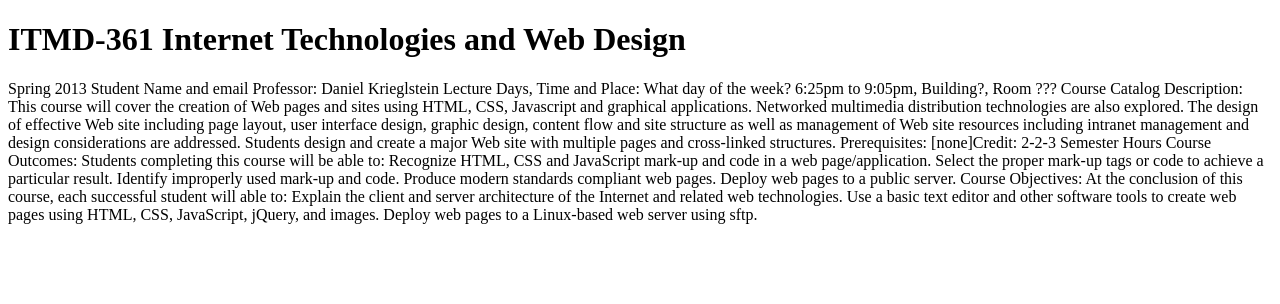
Repository: rishondass/ITMD361-Lab2
Page: lab2raw_text.html
An editor plug-in stored every save of this project. The page is shown before and after a run of saves, followed by the edit.
The browser window is 1280 px wide. The pictures show the whole page.

Above is the page before, as saved 2023-01-13 14:04:46.

### lab2raw_text.html
<!DOCTYPE html>
<html lang="en">
<head>
    <meta charset="UTF-8">
    <meta http-equiv="X-UA-Compatible" content="IE=edge">
    <meta name="viewport" content="width=device-width, initial-scale=1.0">
    <title>ITMD-361 Internet Technologies and Web Design</title>
</head>
<body>
    <h1>
        ITMD-361 Internet Technologies and Web Design
    </h1>
    <h3>

    </h3>
</body>
</html>


Spring 2013
Student Name and email
Professor:
Daniel Krieglstein
Lecture Days, Time and Place:
What day of the week? 6:25pm to 9:05pm, Building?, Room ???
Course Catalog Description:
This course will cover the creation of Web pages and sites using HTML, CSS, Javascript and graphical applications. Networked multimedia distribution technologies are also explored. The design of effective Web site including page layout, user interface design, graphic design, content flow and site structure as well as management of Web site resources including intranet management and design considerations are addressed. Students design and create a major Web site with multiple pages and cross-linked structures. Prerequisites: [none]Credit: 2-2-3 Semester Hours
Course Outcomes:
Students completing this course will be able to:
Recognize HTML, CSS and JavaScript mark-up and code in a web page/application.
Select the proper mark-up tags or code to achieve a particular result.
Identify improperly used mark-up and code.
Produce modern standards compliant web pages.
Deploy web pages to a public server.
Course Objectives:
At the conclusion of this course, each successful student will able to:
Explain the client and server architecture of the Internet and related web technologies.
Use a basic text editor and other software tools to create web pages using HTML, CSS, JavaScript, jQuery, and images.
Deploy web pages to a Linux-based web server using sftp.</li>

After the next 2 saves:
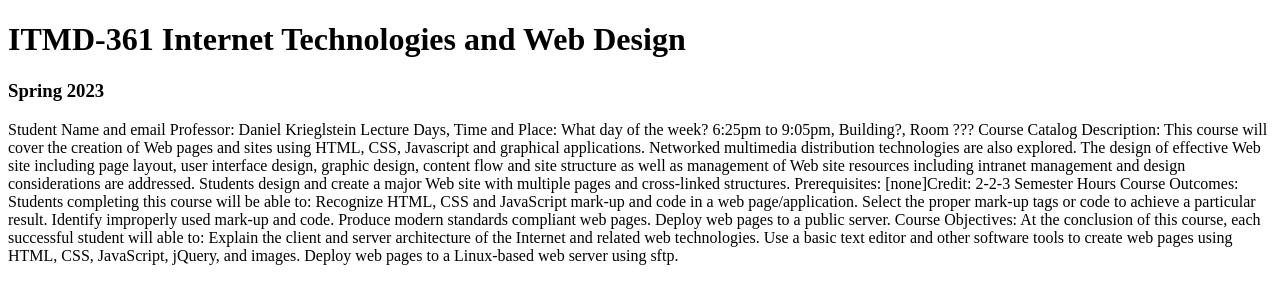
The 2 saves are shown as one change because they came seconds apart.
The last was saved 6 s later.
--- a/lab2raw_text.html
+++ b/lab2raw_text.html
@@ -11,13 +11,13 @@
         ITMD-361 Internet Technologies and Web Design
     </h1>
     <h3>
-
+        Spring 2023
     </h3>
 </body>
 </html>
 
 
-Spring 2013
+
 Student Name and email
 Professor:
 Daniel Krieglstein
